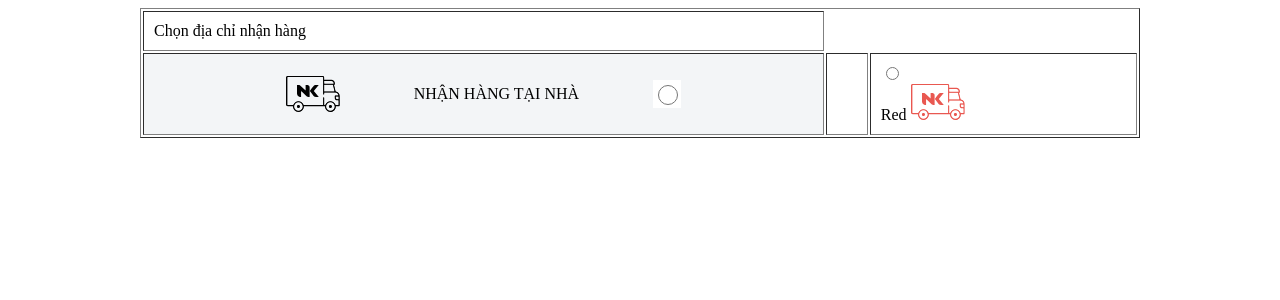
Repository: Tan-Khang21/TH_TKW--Buoi_04
Page: Bai_Tap_Tren_Lop/Bai_03/Bai_03.html
These files come from the project's save history. The page is drawn as it stood at one moment and after the next save; the edit follows.
The browser window is 1280 px wide. The pictures show the whole page.

Above is the page before, as saved 2024-03-07 22:43:14.

After the next save:
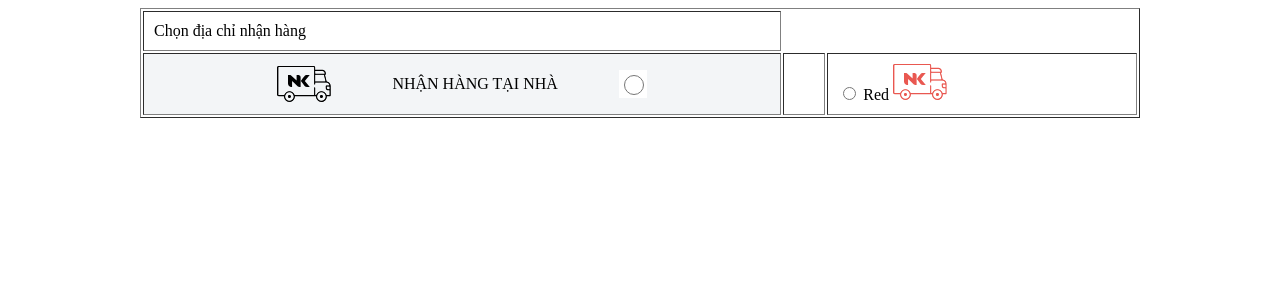
Saved 12 s later.
--- a/Bai_Tap_Tren_Lop/Bai_03/Bai_03.html
+++ b/Bai_Tap_Tren_Lop/Bai_03/Bai_03.html
@@ -98,9 +98,7 @@
           </td>
           <td style="width: 20px"></td>
           <td>
-            <div>
             <input type="radio" id="redRadio" name="color" value="red">
-        </div>
             <label for="redRadio">Red</label>
 
 

After the 5 saves that followed:
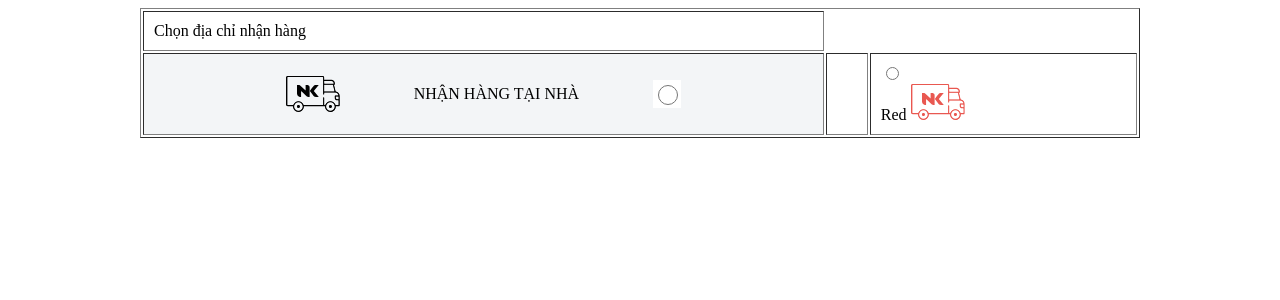
The 5 saves are shown as one change because 4 left the picture as it was.
The last was saved 3 min 10 s later.
--- a/Bai_Tap_Tren_Lop/Bai_03/Bai_03.html
+++ b/Bai_Tap_Tren_Lop/Bai_03/Bai_03.html
@@ -7,7 +7,7 @@
     <title>Document</title>
   </head>
   <style>
-    #redRadio:checked ~ #icon path {
+   #redRadio:checked + #icon path {
       fill: yellow;
     }
   </style>
@@ -98,7 +98,9 @@
           </td>
           <td style="width: 20px"></td>
           <td>
+            <div id="redRadio">
             <input type="radio" id="redRadio" name="color" value="red">
+        </div >
             <label for="redRadio">Red</label>
 
 
